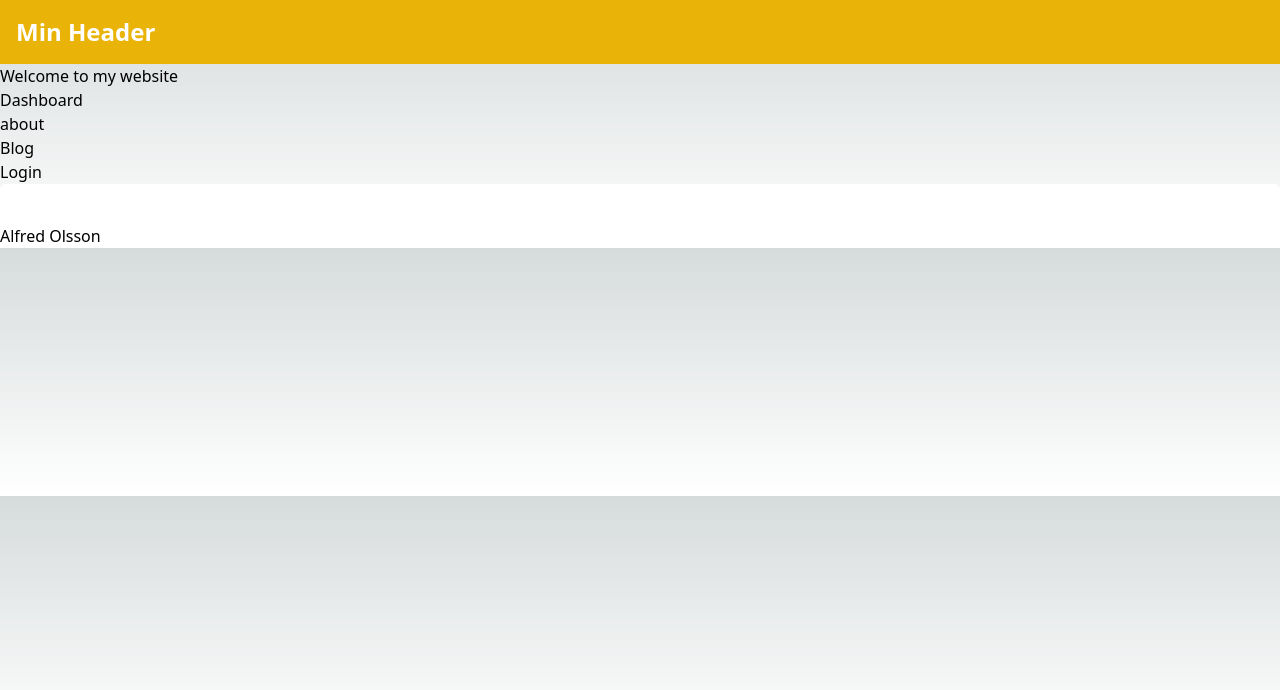
Repository: AlligatorAffe/NextWebsite
Page: /
These files come from the project's save history. The page is drawn as it stood at one moment and after the next save; the edit follows.
The browser window is 1280 px wide. The pictures show the whole page.
The project was rebuilt for these pictures with package versions that can differ from the ones it lists, and the page was loaded fresh each time. The framework's server and built-in components were replaced by stand-ins that run in the browser. Also part of the build but not shown: next.config.js.

Above is the page before, as saved 2024-01-04 21:25:50.

### app/layout.tsx
import './globals.css'
import { Metadata } from 'next'





export const metadata: Metadata = {
  title: 'Home',
  description: 'Welcome to Next.js',
}

/**
 *
 *
 *
 *
 *
 *

const inter = Inter({ subsets: ['latin'] })

export const metadata: Metadata = {
  title: 'Create Next App',
  description: 'Generated by create next app',
}

export default function RootLayout({
  children,
}: {
  children: React.ReactNode
}) {
  return (
    <html lang="en">
      <body>{children}</body>
    </html>
  )
}

 */

export default function RootLayout({
  // Layouts must accept a children prop.
  // This will be populated with nested layouts or pages
  children,
}: {
  children: React.ReactNode
}) {
  return (
    <html lang="en">

      <body>
        <header className="bg-yellow-500 p-4">
          <h1 className="text-2xl font-bold text-white">Min Header</h1>
        </header>
        {children}
        <footer className='bg-white rounded-md pt-10'>
          <h3 className='text-black'>Alfred Olsson</h3>
        </footer>
      </body>
    </html>
  )
}

### app/template.tsx



export default function Template({ children }: { children: React.ReactNode }) {
    return <div>{children}</div>
  }

### app/page.tsx
import Image from 'next/image'
import { Metadata } from 'next'
import Link from 'next/link'

/*
export default function Page() {
  return <div >
      <h1 >
        Welcome to my website
      </h1>
    </div>

}
*/


export const metadata: Metadata = {
  title: 'My Page Title',
}

export default function Page() {
  return <div >
  <h1 >
    Welcome to my website
  </h1>
  <p>   <Link href="/dashboard">Dashboard</Link></p>
  <p>   <Link href="/about">about</Link></p>
  <p>   <Link href="/blogpost">Blog</Link></p>
  <p>   <Link href="/login">Login</Link></p>
</div>
}

Loaded but not shown: app/globals.css (common file); tailwind.config.ts (common file)

After the next save:
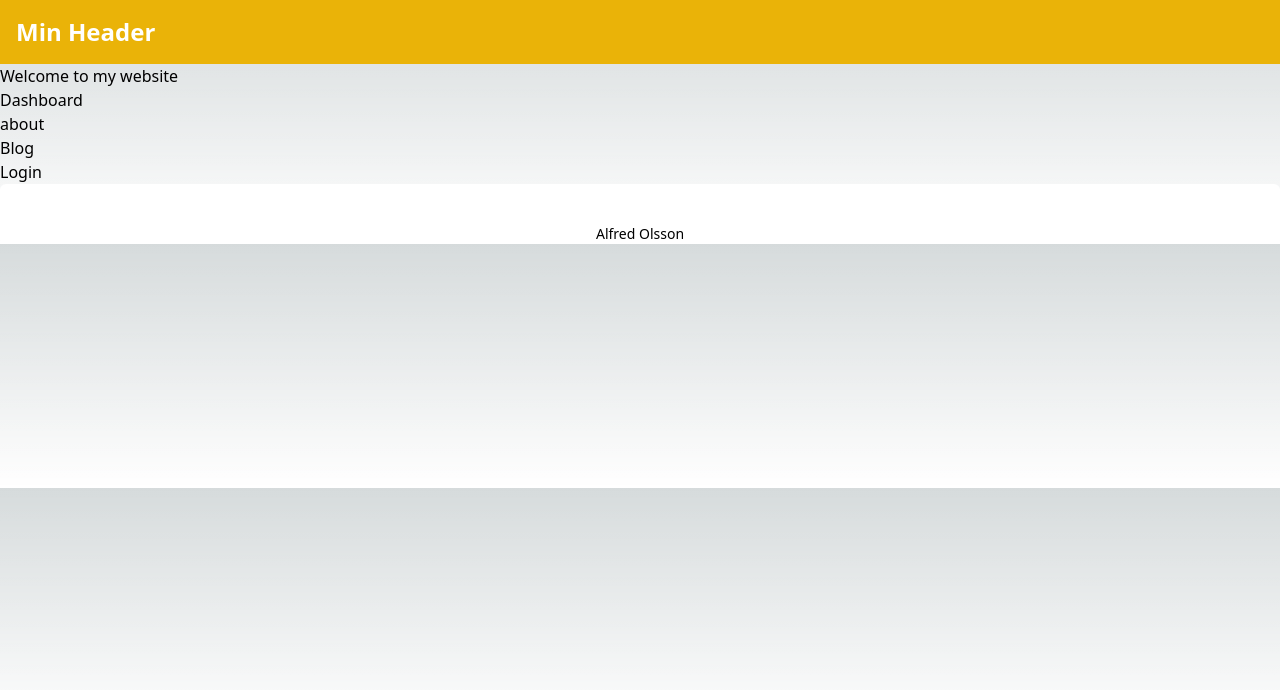
Saved 19 s later.
--- a/app/layout.tsx
+++ b/app/layout.tsx
@@ -55,7 +55,7 @@ export default function RootLayout({
         </header>
         {children}
         <footer className='bg-white rounded-md pt-10'>
-          <h3 className='text-black'>Alfred Olsson</h3>
+          <h3 className='text-black text-center text-sm'>Alfred Olsson</h3>
         </footer>
       </body>
     </html>
